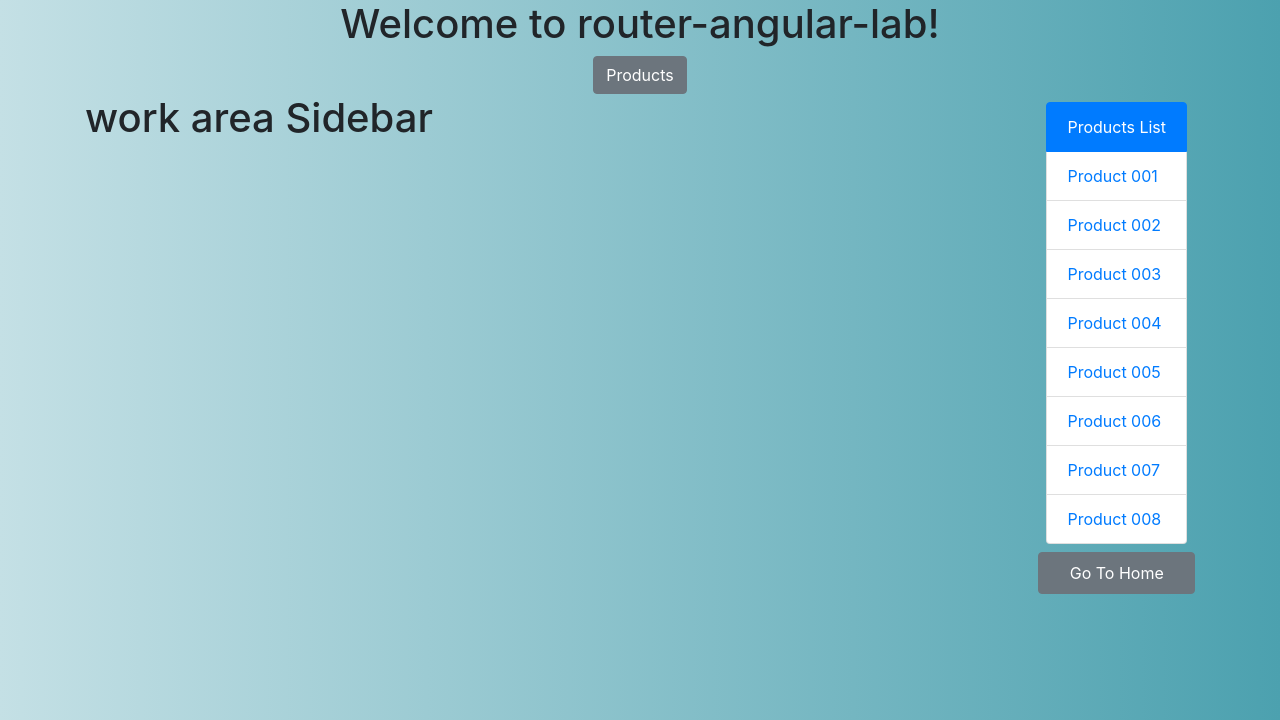
Repository: desalab/router-angular-lab
Page: /products
An editor plug-in stored every save of this project. The page is shown before and after the next save, followed by the edit.
The browser window is 1280 px wide. The pictures show the whole page.
The project was rebuilt for these pictures with package versions that can differ from the ones it lists, and the page was loaded fresh each time. Also part of the build but not shown: angular.json, src/app/product-detail/product-detail.component.ts, src/app/product-list-sidebar/product-list-sidebar.component.ts, src/app/home/home.component.ts.

Above is the page before, as saved 2018-12-06 01:13:39.

After the next save:
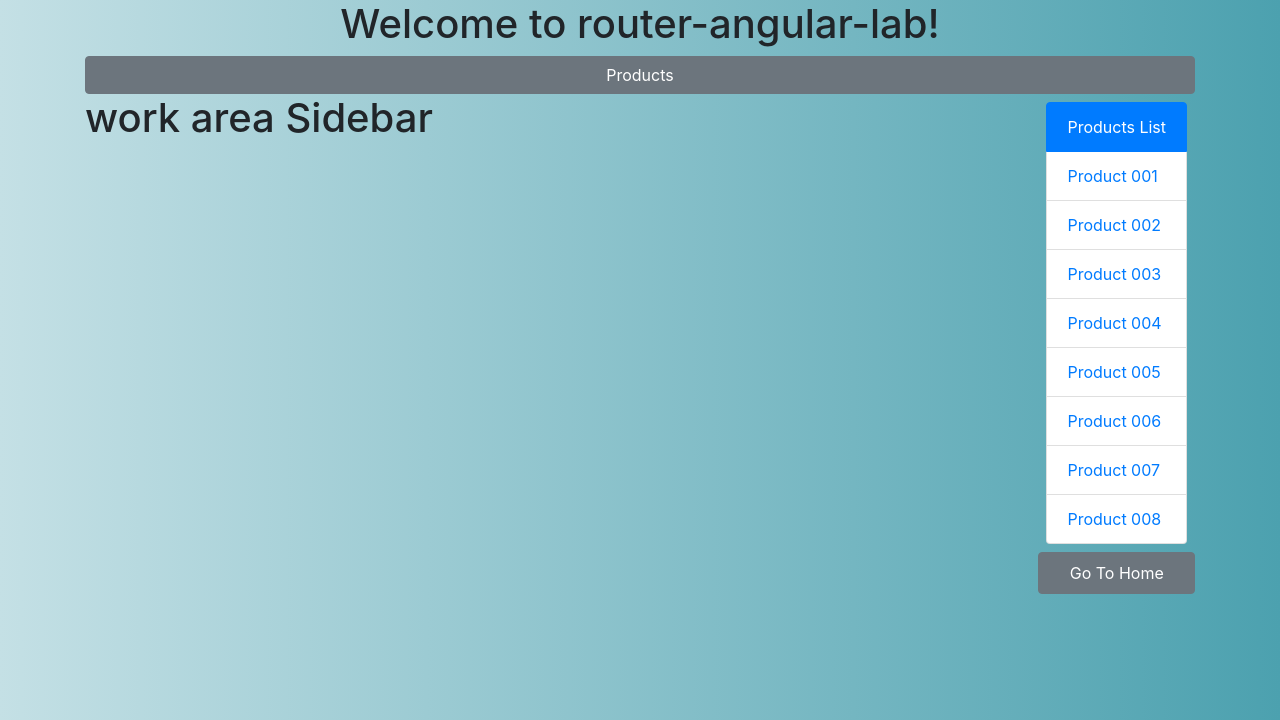
Saved 10 s later.
--- a/src/app/app.component.html
+++ b/src/app/app.component.html
@@ -2,7 +2,7 @@
   <div style="text-align:center">
     <h1>Welcome to {{ title }}!</h1>
 
-    <a class="btn btn-secondary"
+    <a class="btn btn-secondary btn-block"
       [routerLink]="[
         { outlets: { primary: ['products'], sidebar: ['products'] } }
       ]"
